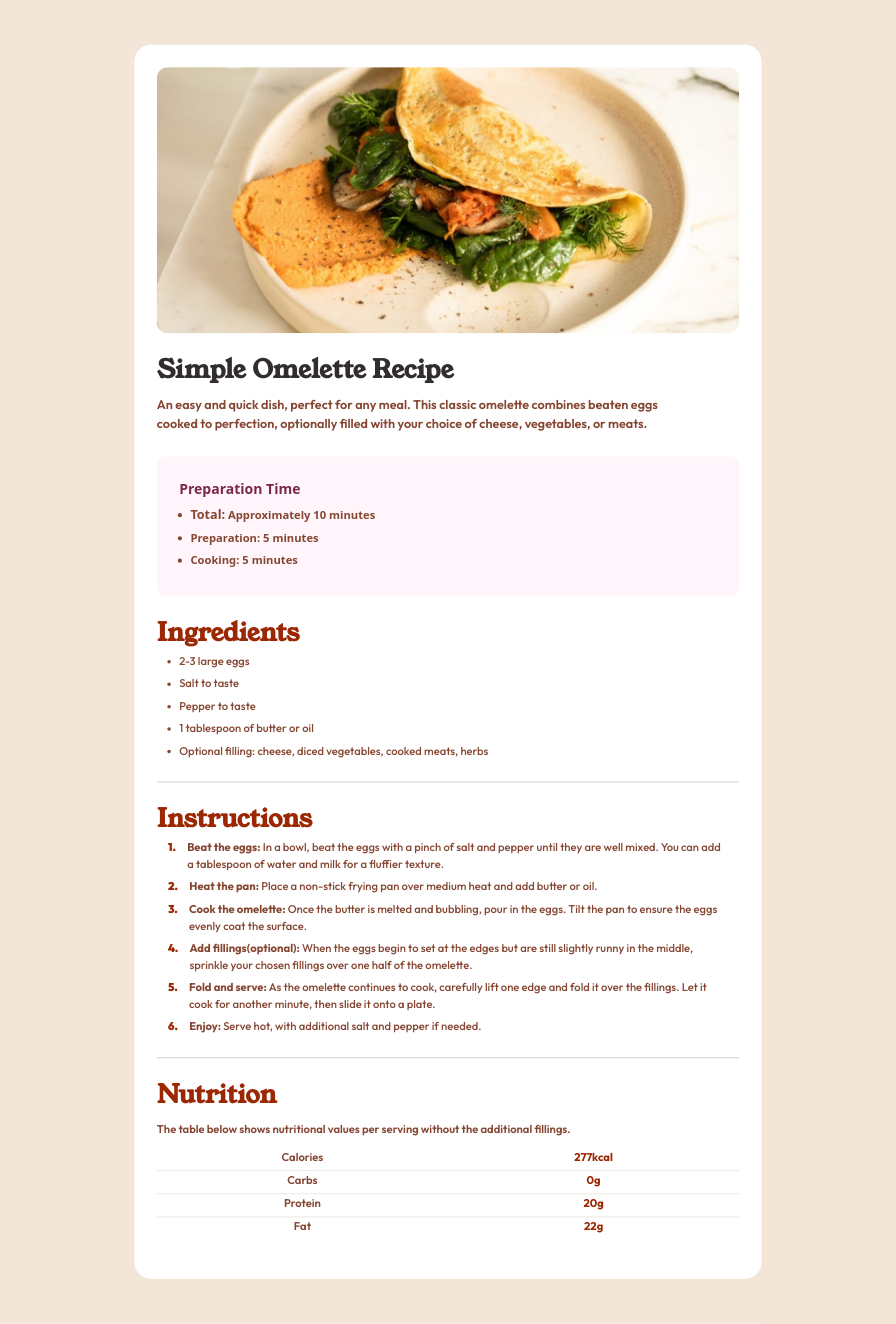
Repository: nivrii/recipe-page-main
Page: /
The author's editor kept a copy of each file at every save. The page is drawn from the files as they stood at one save, then again after the next save.
The browser window is 1280 px wide. The pictures show the whole page, at 70% of full size.
The project was rebuilt for these pictures with package versions that can differ from the ones it lists, and the page was loaded fresh each time. Also part of the build but not shown: vite.config.js, src/index.css.

Above is the page before, as saved 2024-03-27 12:33:27.

After the next save:
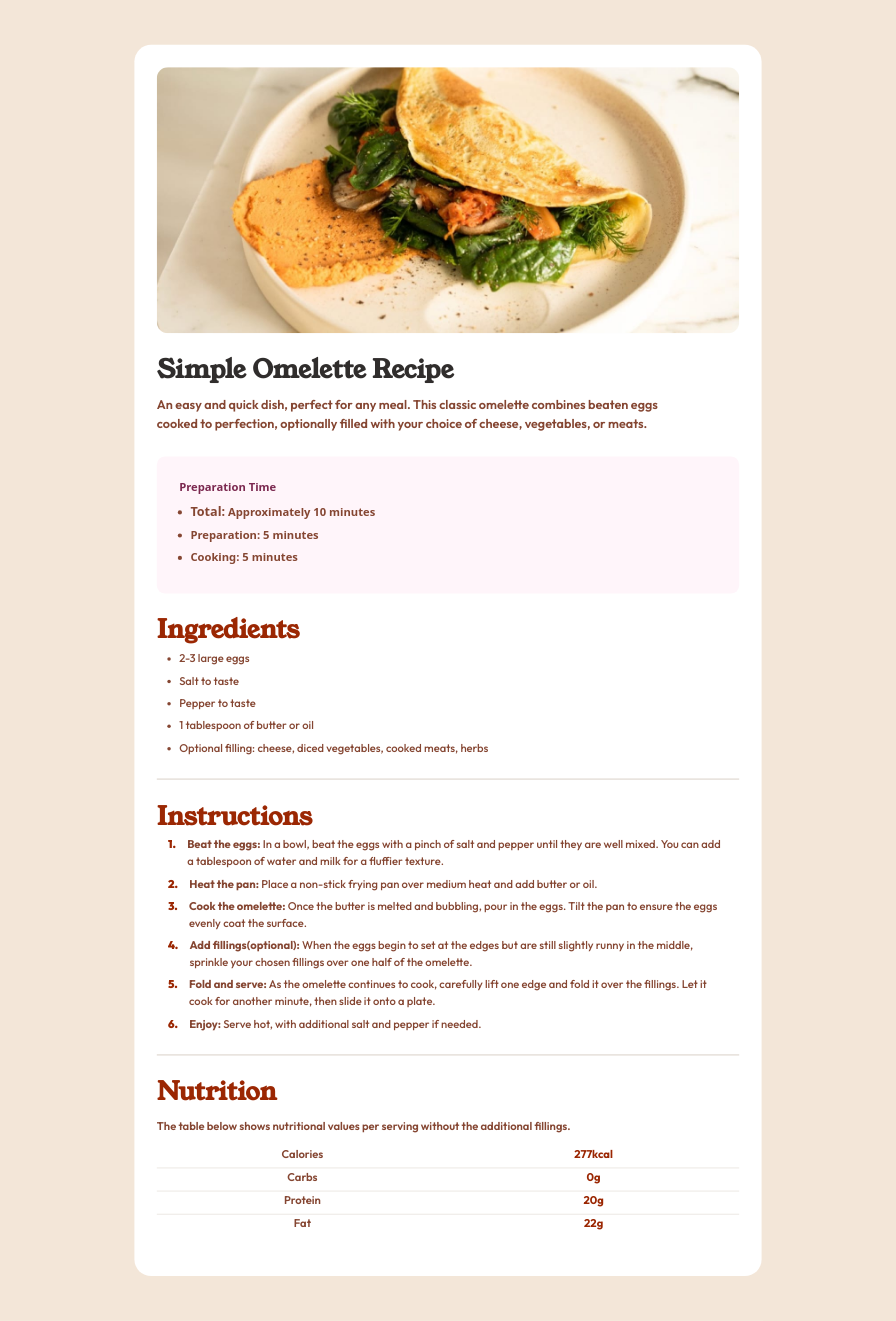
Saved 9 s later.
--- a/src/Prep.jsx
+++ b/src/Prep.jsx
@@ -1,6 +1,6 @@
 export function Prep() {
   return <div className="bg-roseWhite p-4 mx-8 rounded-xl md:mx-0 md:p-8">
-        <h1 className="text-left text-darkRaspberry  font-bold md:text-xl">
+        <h1 className="text-left text-darkRaspberry  font-bold md:text-5x1">
           Preparation Time
         </h1>
         <ul className="list-disc px-4 text-nutmeg">
